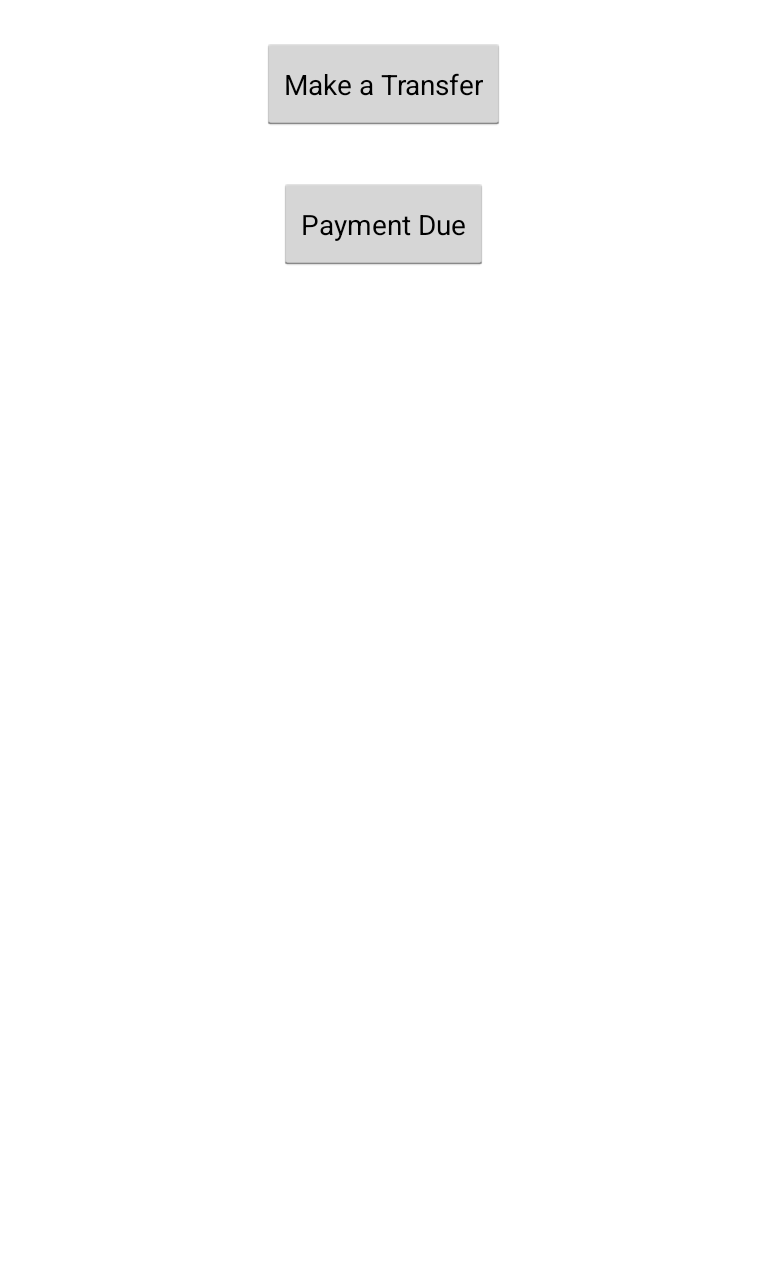
Repository: chaneyjd/android
Layout: amqtt/res/layout/activity_main.xml
An editor plug-in stored every save of this project. The layout is shown before and after the next save, followed by the edit.
It is drawn on a 768 x 1280 px phone screen (xhdpi) without system bars, with theme AppTheme; the app's code is not run.

Above is the layout before, as saved 2014-05-06 21:02:26.

After the next save:
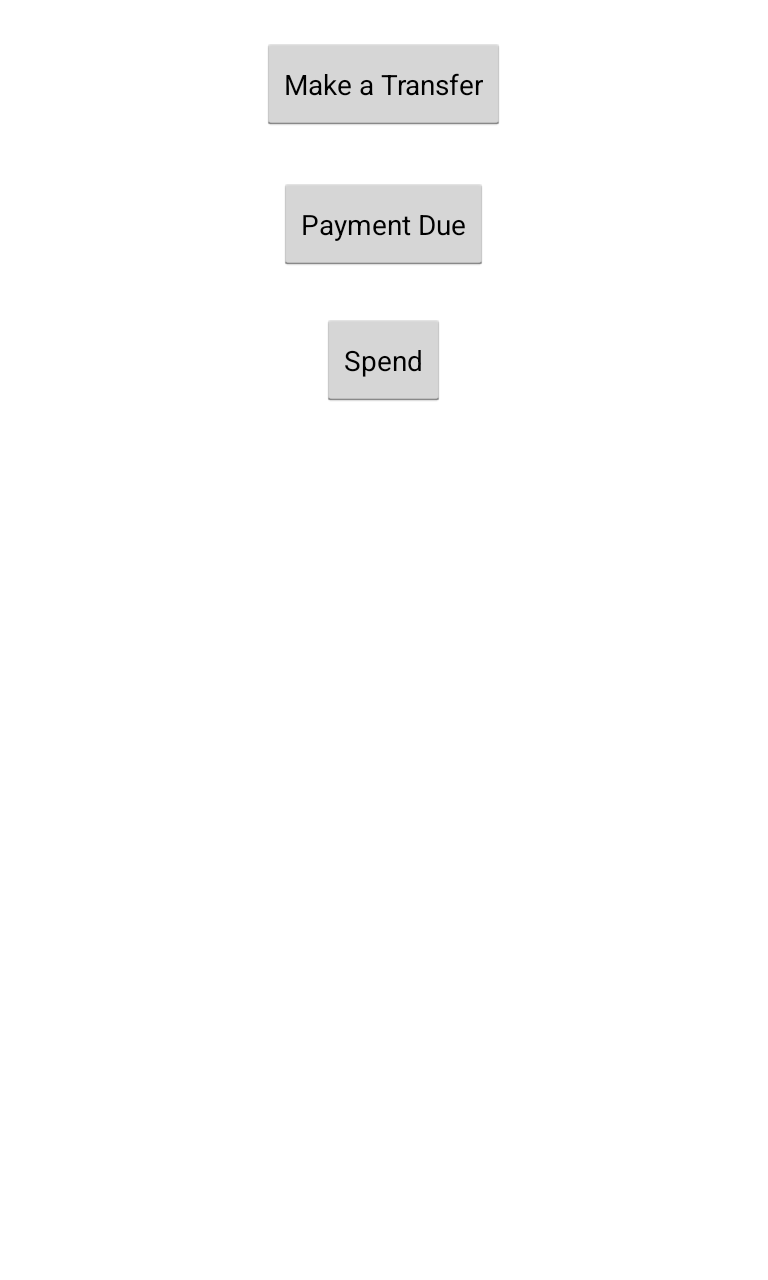
Saved 4 h 6 min later.
--- a/amqtt/res/layout/activity_main.xml
+++ b/amqtt/res/layout/activity_main.xml
@@ -27,4 +27,15 @@
         android:onClick="paymentdue"
         android:text="Payment Due" />
 
+    <Button
+        android:id="@+id/button1"
+        style="?android:attr/buttonStyleSmall"
+        android:layout_width="wrap_content"
+        android:layout_height="wrap_content"
+        android:layout_below="@+id/button2"
+        android:layout_centerHorizontal="true"
+        android:layout_marginTop="20dp"
+        android:onClick="spend"
+        android:text="Spend" />
+
 </RelativeLayout>
